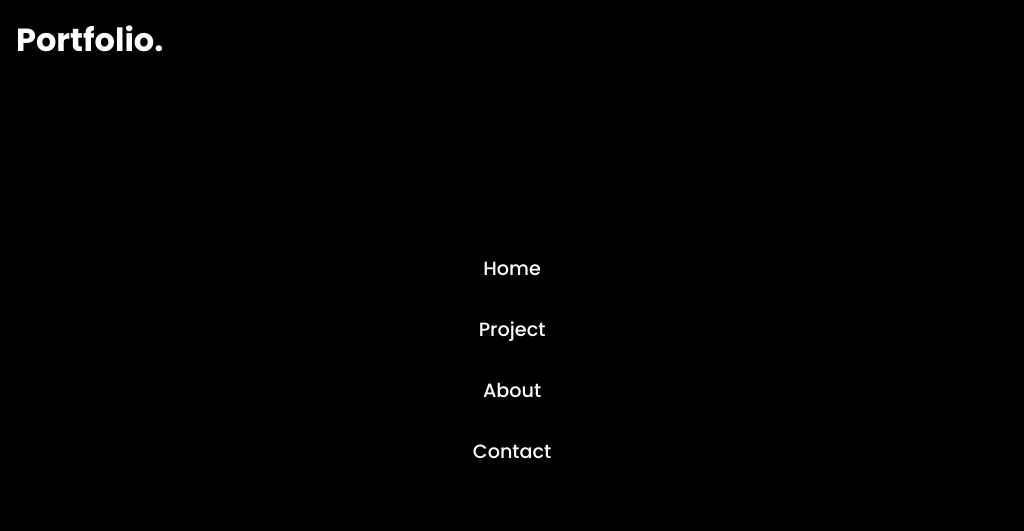
Repository: parisha-b3/My_Portfolio
Page: /
The author's editor kept a copy of each file at every save. The page is drawn from the files as they stood at one save, then again after a run of saves.
The browser window is 1024 px wide. The pictures show the whole page.
The project was rebuilt for these pictures with package versions that can differ from the ones it lists, and the page was loaded fresh each time. Also part of the build but not shown: src/routes/About.js, src/routes/Project.js, src/routes/Contact.js.

Above is the page before, as saved 2024-10-14 12:11:26.

### src/index.js
import React from 'react';
import ReactDOM from 'react-dom/client';
import './index.css';
import App from './App';
import { BrowserRouter } from "react-router-dom";

const root = ReactDOM.createRoot(document.getElementById('root'));
root.render(
  <BrowserRouter>
    <App />
  </BrowserRouter>
);

;

### src/index.css
@import url('https://fonts.googleapis.com/css2?family=Poppins:ital,wght@0,100;0,200;0,300;0,400;0,500;0,600;0,700;0,800;0,900;1,100;1,200;1,300;1,400;1,500;1,600;1,700;1,800;1,900&display=swap');

*{
  box-sizing: border-box;
  margin: 0;
  padding: 0;
  font-family: "Poppins", sans-serif;
}
body {
  background: #000;
}
h1,h4,p,a{
  color:#fff;
  text-decoration: none;
}
ul{
  list-style-type: none;
}
.btn{
  padding: 12px 32px;
  font-size: 1rem;
  text-transform: uppercase;
  background: rgb(248, 217, 15);
  color: #222;
  border: 1px solid #fff;
  font-weight: 600;
  cursor: pointer;
}
.btn-light{
  background: transparent;
  color: #fff;
}
.btn:hover{
  background: rgba(255, 255, 255, 0);
  color: #fff;
  transition: 0.3s;
}

### src/App.js
import React from "react";
import "./index.css";
import Home from "./routes/Home";
import About from "./routes/About";
import Project from "./routes/Project";
import Contact from "./routes/Contact";
import { Route, Routes } from "react-router-dom";


function App() {
  return (
    <>
    <Routes>
      <Route path="/" element={<Home />} />
      <Route path="/about" element={<About />} />
      <Route path="/project" element={<Project />} />
      <Route path="/contact" element={<Contact />} />
    </Routes>
    </>
  );
}

export default App;

### src/routes/Home.js
import React from 'react';
import Navbar from "../components/Navbar";

const Home = () => {
  return (
    <div>
      <Navbar/>
    </div>
  )
}

export default Home

### src/components/Navbar.js
import { Link } from "react-router-dom";
import "./NavbarStyles.css";
import React from 'react'

const Navbar = () => {
  return (
    <div className="header">
        <Link to="/">
        <h1>Portfolio.</h1>
        </Link>
        <ul className="nav-menu">
            <li><Link to="/">Home</Link></li>
            <li><Link to="/project">Project</Link></li>
            <li><Link to="/about">About</Link></li>
            <li><Link to="/contact">Contact</Link></li>
        </ul>

    </div>
  )
}

export default Navbar

### src/components/NavbarStyles.css
.header{
    display: flex;
    justify-content: space-between;
    align-items: center;
    padding: 1rem;
}
.nav-menu{
    display: flex;
}
.nav-menu li{
    padding: 0 1rem;
}
.nav-menu a{
    font-size: 1.2rem;
    font-weight: 500;
}
@media screen and (max-width:1040px) {
    .nav-menu{
        flex-direction: column;
        justify-content: center;
        align-items: center;
        width: 100%;
        height: 100vh;
        background: rgba(0,0,0,0.9);
        position: absolute;
        top: 0;
        left: 0;
        z-index: -3;
    }
    .nav-menu li{
        padding: 1rem 0;
    }

}

Loaded but not shown: public/index.html (common file)

After the next 5 saves:
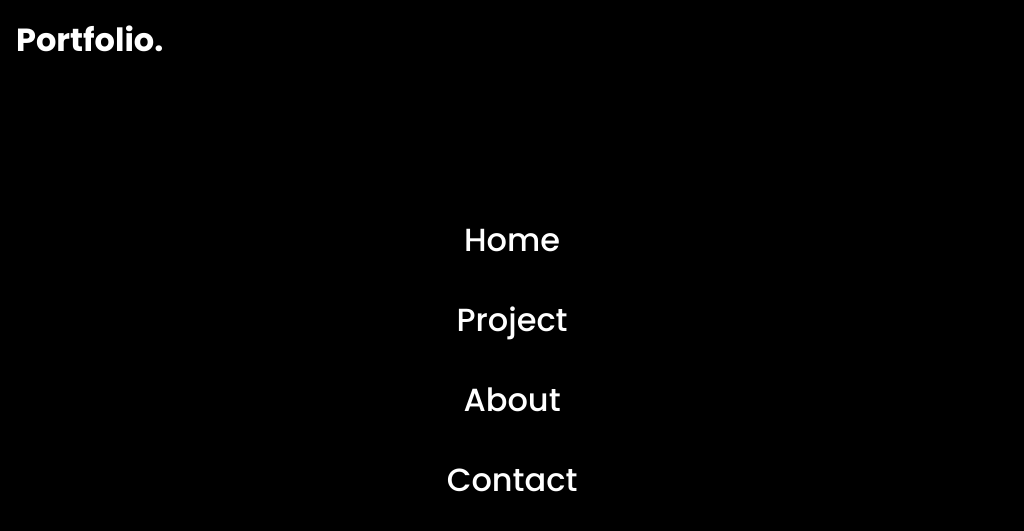
The 5 saves are shown as one change because they came seconds apart.
The last was saved 15 s later.
--- a/src/components/NavbarStyles.css
+++ b/src/components/NavbarStyles.css
@@ -30,5 +30,7 @@
     .nav-menu li{
         padding: 1rem 0;
     }
-
+    .nav-menu li a{
+        font-size: 2rem;
+    }
 }
